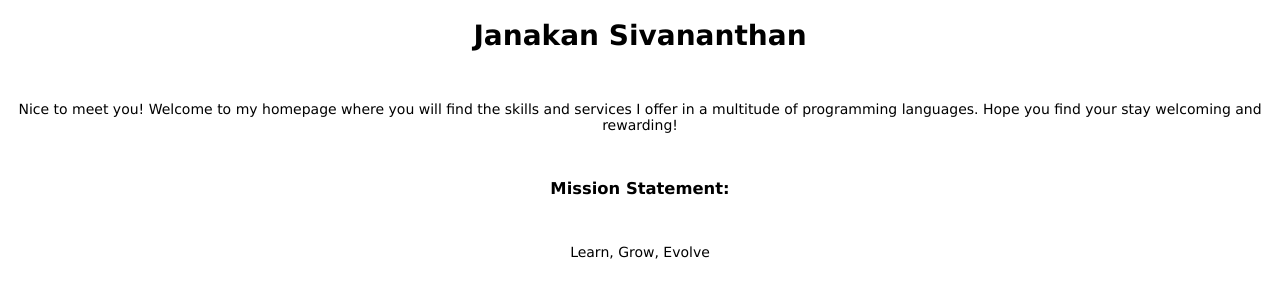
Repository: JanakanS95/COMP-229-Assignment-1
Page: http://localhost/
These files come from the project's save history. The page is drawn as it stood at one moment and after the next save; the edit follows.
The browser window is 1280 px wide. The pictures show the whole page.
The page is served by the project's Node server (app.js). Other server files are loaded and not shown.

Above is the page before, as saved 2021-06-04 06:32:09.

### views/index.ejs
<!DOCTYPE html>
<html lang="en">
<head>
  <meta charset="UTF-8">
  <meta http-equiv="X-UA-Compatible" content="IE=edge">
  <meta name="viewport" content="width=device-width, initial-scale=1.0">
  <title><%= title %></title>
  <link rel='stylesheet' href='/Content/index.css' />
</head>
<body>
  <h1><%= title %></h1>
  <br>
  <div>
    <p>Nice to meet you! Welcome to my homepage where you will find the skills and services
      I offer in a multitude of programming languages. Hope you find your stay welcoming and
      rewarding!
    </p>
  </div>
  <br>
  <h3>Mission Statement:</h3>
  <br>
  <p>Learn, Grow, Evolve</p>
</body>
</html>

### app.js
let createError = require('http-errors');
let express = require('express');
let path = require('path');
let cookieParser = require('cookie-parser');
let logger = require('morgan');

let indexRouter = require('./routes/index');
let usersRouter = require('./routes/users');

let app = express();

// view engine setup
app.set('views', path.join(__dirname, 'views'));
app.set('view engine', 'ejs');

app.use(logger('dev'));
app.use(express.json());
app.use(express.urlencoded({ extended: false }));
app.use(cookieParser());
app.use(express.static(path.join(__dirname, 'public')));

app.use('/', indexRouter);
app.use('/users', usersRouter);

// catch 404 and forward to error handler
app.use(function(req, res, next) {
  next(createError(404));
});

// error handler
app.use(function(err, req, res, next) {
  // set locals, only providing error in development
  res.locals.message = err.message;
  res.locals.error = req.app.get('env') === 'development' ? err : {};

  // render the error page
  res.status(err.status || 500);
  res.render('error');
});

module.exports = app;

### routes/index.js
var express = require('express');
var router = express.Router();

/* GET home page. */
router.get('/', function(req, res, next) {
  res.render('index', { title: 'Janakan Sivananthan' });
});

/* GET home page. */
router.get('/home', function(req, res, next) {
  res.render('index', { title: 'Janakan Sivananthan' });
});

/* GET About me page. */
router.get('/about', function(req, res, next) {
  res.render('about', { title: 'About Me' });
});

/* GET Projects page. */
router.get('/projects', function(req, res, next) {
  res.render('projects', { title: 'Projects' });
});

/* GET Service page. */
router.get('/services', function(req, res, next) {
  res.render('services', { title: 'Services' });
});

/* GET Contact Me page. */
router.get('/contact', function(req, res, next) {
  res.render('contact', { title: 'Contact Me' });
});

module.exports = router;

### public/Content/index.css
body {
  font: 14px "Lucida Grande", Helvetica, Arial, sans-serif;
}

h1, h3, p {
  text-align : center;
}

After the next save:
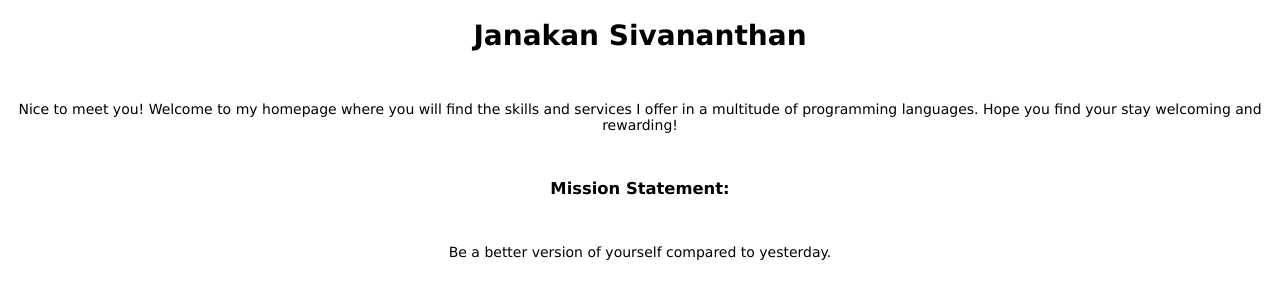
Saved 36 s later.
--- a/views/index.ejs
+++ b/views/index.ejs
@@ -19,6 +19,6 @@
   <br>
   <h3>Mission Statement:</h3>
   <br>
-  <p>Learn, Grow, Evolve</p>
+  <p>Be a better version of yourself compared to yesterday.</p>
 </body>
 </html>
